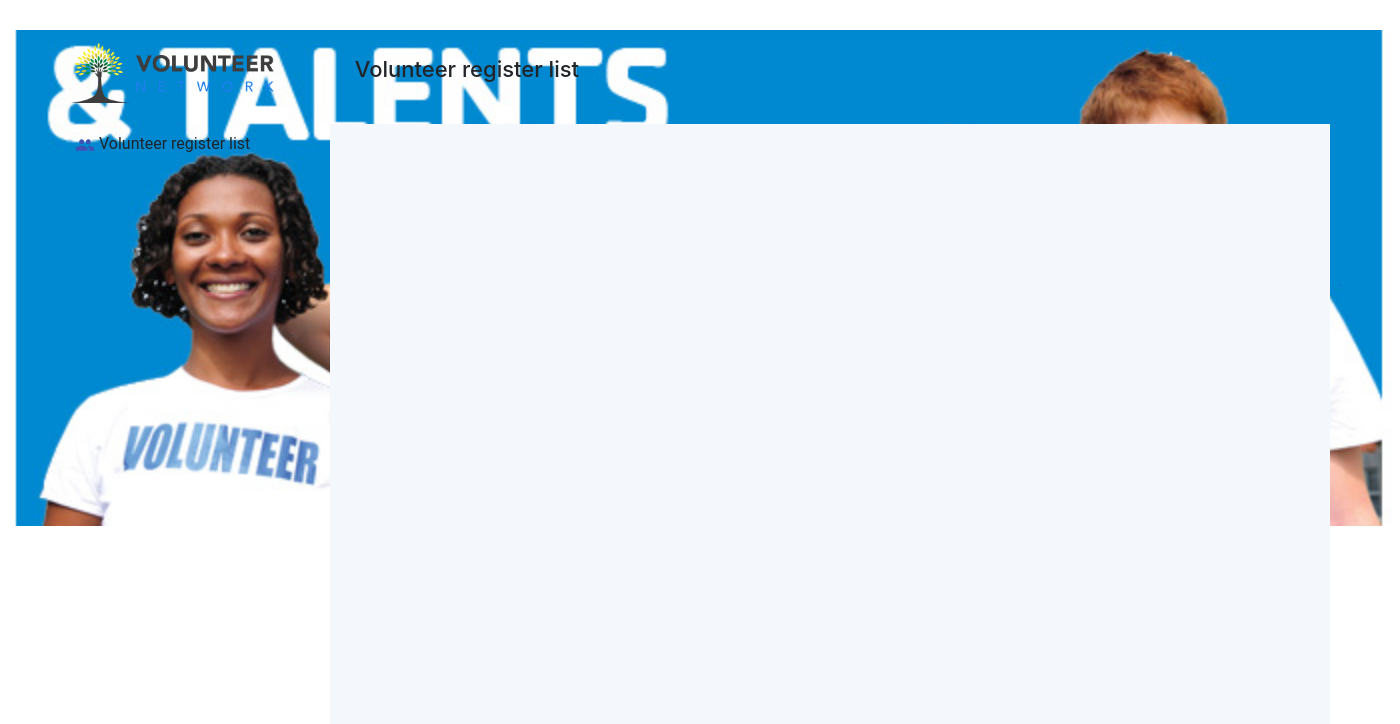
Repository: MdTahsinAmin/volunteer-network-client
Page: /adminPanel
These files come from the project's save history. The page is drawn as it stood at one moment and after the next save; the edit follows.
The browser window is 1280 px wide. The page is 1400 px wide, so the pictures cover 1400 px, including what lies to the right of the window. The pictures show the whole page.
The project was rebuilt for these pictures with package versions that can differ from the ones it lists, and the page was loaded fresh each time.

Above is the page before, as saved 2020-10-04 23:57:27.

### public/index.html
<!DOCTYPE html>
<html lang="en">
  <head>
    <meta charset="utf-8" />
    <link rel="icon" href="%PUBLIC_URL%/favicon.ico" />
    <meta name="viewport" content="width=device-width, initial-scale=1" />
    <meta name="theme-color" content="#000000" />
    <meta
      name="description"
      content="Web site created using create-react-app"
    />
    <link rel="apple-touch-icon" href="%PUBLIC_URL%/logo192.png" />
    <!--
      manifest.json provides metadata used when your web app is installed on a
      user's mobile device or desktop. See https://developers.google.com/web/fundamentals/web-app-manifest/
    -->
    <link rel="manifest" href="%PUBLIC_URL%/manifest.json" />
    <!--
      Notice the use of %PUBLIC_URL% in the tags above.
      It will be replaced with the URL of the `public` folder during the build.
      Only files inside the `public` folder can be referenced from the HTML.

      Unlike "/favicon.ico" or "favicon.ico", "%PUBLIC_URL%/favicon.ico" will
      work correctly both with client-side routing and a non-root public URL.
      Learn how to configure a non-root public URL by running `npm run build`.
    -->
    <title>Volunteer Network</title>
  </head>
  <body>
    <noscript>You need to enable JavaScript to run this app.</noscript>
    <div id="root"></div>
    <!--
      This HTML file is a template.
      If you open it directly in the browser, you will see an empty page.

      You can add webfonts, meta tags, or analytics to this file.
      The build step will place the bundled scripts into the <body> tag.

      To begin the development, run `npm start` or `yarn start`.
      To create a production bundle, use `npm run build` or `yarn build`.
    -->
  </body>
</html>

### src/App.js
import React from 'react';
import './App.css';
import Header from './components/Header/Header';
import {
  BrowserRouter as Router,
  Switch,
  Route,
  Link
} from "react-router-dom";
import AdminPanel from './components/AdminPanel/AdminPanel';
function App() {
  return (
    <div className="App">
     <Router>
      <Switch>
        <Route path ='/home'>
         <Header navbar={true}></Header>
        </Route>
        <Route path="/adminPanel">
           <div>
           <Header navbar={false}></Header>
           <AdminPanel/>
           </div>
        </Route>
        <Route exact path="/">
           <Header navbar={true}></Header>
        </Route>
      </Switch>
     </Router>
    </div>
  );
}

export default App;

### src/App.css
.App {
    background-image:url('./logos/Volunteer_Image.jpg');
    background-repeat: no-repeat;
    background-size: cover;
    background-position: center;
    width: 1400px;
    height: 496px;
    left: 1px;
    top: -1px;
}

.App-logo {
  height: 40vmin;
  pointer-events: none;
}

@media (prefers-reduced-motion: no-preference) {
  .App-logo {
    animation: App-logo-spin infinite 20s linear;
  }
}

.App-header {
  background-color: #282c34;
  min-height: 100vh;
  display: flex;
  flex-direction: column;
  align-items: center;
  justify-content: center;
  font-size: calc(10px + 2vmin);
  color: white;
}

.App-link {
  color: #61dafb;
}

@keyframes App-logo-spin {
  from {
    transform: rotate(0deg);
  }
  to {
    transform: rotate(360deg);
  }
}

### src/components/Header/Header.js
import React from 'react';
import { Link, useHistory } from 'react-router-dom';
import './Header.css'
import volunteerLogo from '../../logos/volunteer.png';
import { styled } from '@material-ui/core/styles';
import Button from '@material-ui/core/Button';

// Material Button

const MyButton = styled(Button)({
    background: 'linear-gradient(45deg, #3F90FC 30%, #3F90FC 90%)',
    border: 0,
    borderRadius: '6px',
    color: 'white',
    height: 48,
    padding: '14px 43px',
    marginRight:'15px',
    marginLeft:'9px',
    cursor:'pointer'
  });

  const AdminBtn = styled(Button)({
    background: 'linear-gradient(45deg, #434141 30%, #434141 90%)',
    border: 0,
    borderRadius: '6px',
    color: 'white',
    height: 48,
    padding: '14px 43px',
    marginRight:'15px',
    cursor:'pointer'
  })

const Header = (props) => {

    const history = useHistory();

    const handleAdminPanel = () =>{
         history.push('/adminPanel');
    }


    return (
      <div className="header">
          <div className={props.navbar ? "container" : 'adminPanel'}>
          <nav className="navbar navbar-expand-lg navbar-light">
            <Link to='/home' className="navbar-brand"><img className={props.navbar ?'volunteerLogo':'Logo'} src={volunteerLogo} alt=""/></Link>
            <button className="navbar-toggler" type="button" data-toggle="collapse" data-target="#navbarSupportedContent" aria-controls="navbarSupportedContent" aria-expanded="false" aria-label="Toggle navigation">
                <span className="navbar-toggler-icon"></span>
            </button>
            {
                !props.navbar && <h5 className="volunteer-title">Volunteer register list</h5>
            }
            {
                props.navbar &&  <div className="collapse navbar-collapse" id="navbarSupportedContent">
                <ul className="navbar-nav ml-auto">
                <li className="nav-item">
                    <Link className="nav-link item-nav">Home</Link>
                </li>
                <li className="nav-item">
                    <Link className="nav-link item-nav">Donation</Link>
                </li>
                <li className="nav-item">
                    <Link className="nav-link item-nav">Events</Link>
                </li>
                <li className="nav-item">
                    <Link className="nav-link item-nav">Blog</Link>
                </li>
                <li className="nav-item">
                    <MyButton>Register</MyButton>
                </li>
                <li className="nav-item">
                   <AdminBtn
                     onClick={handleAdminPanel}
                   >Admin
                   </AdminBtn>
                </li>
                </ul>
            </div>
            }
            </nav>
      </div>
   </div>
    );
};

export default Header;

### src/components/AdminPanel/AdminPanel.js
import React from 'react';
import './AdminPanel.css';
import GroupIcon from '@material-ui/icons/Group';

const AdminPanel = () => {
    return (
        <div className="adminPanel-section">
            <div className="section-panel">
              <div className ='group-panel'>
              <GroupIcon fontSize="small" color="primary"></GroupIcon><span> Volunteer register list</span>
              </div>
            </div>
            <div className='Volunteer-list'>

            </div>
        </div>
    );
};

export default AdminPanel;

### src/components/Header/Header.css
.volunteerLogo{
    width: 202.81px;
    height: 60px;
    left: 88px;
    top: 44px;
}
.header{
    margin-top: 30px;
}
.nav-link{
    font-family: Montserrat;
    font-style: normal;
    font-weight: 500;
    font-size: 20px;
    text-align: center;
    color: #0B0B0B;
}
.volunteer-title{
    margin-left:65px;
    font-style: normal;
    font-weight: 500;
    font-size: 22px;
}

### src/components/AdminPanel/AdminPanel.css
.adminPanel{
    margin-right:20px;
}
.Logo{
    width: 202.81px;
    height: 60px;
    left: 88px;
    top: 44px;
    margin-left:55px;
}
.adminPanel-section{
    display:flex;
}
.section-panel{
    margin-top:15px;
    margin-left:75px;
}
.group-panel{
    display:inline-block;
}
.group-panel span{
    margin-top:1px;
    font-family: Roboto;
    font-style: normal;
    font-weight: normal;
}
.group-panel img{
    width: 17px;
    height: 17px;
}
.Volunteer-list{
    width:75%;
    margin-top:8px;
    margin-left:80px;
    width: 1000px;
    height: 600px;
    background: #F4F7FC;
}

Loaded but not shown: src/index.js (common file); src/index.css (common file); src/serviceWorker.js (common file)

After the next save:
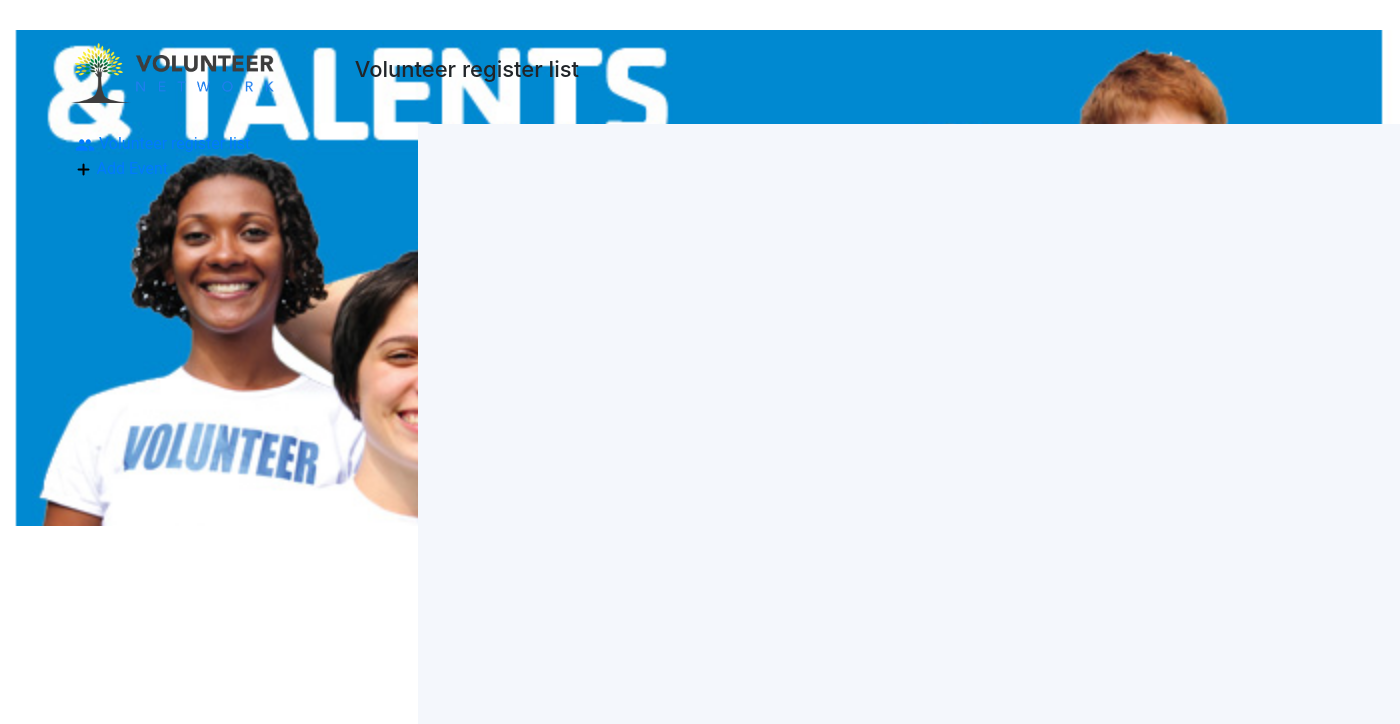
Saved 3 s later.
--- a/src/components/AdminPanel/AdminPanel.js
+++ b/src/components/AdminPanel/AdminPanel.js
@@ -1,13 +1,17 @@
 import React from 'react';
 import './AdminPanel.css';
 import GroupIcon from '@material-ui/icons/Group';
-
+import addUserIcon  from '../../logos/plus 1.png'
+import { Link } from 'react-router-dom';
 const AdminPanel = () => {
     return (
         <div className="adminPanel-section">
             <div className="section-panel">
               <div className ='group-panel'>
-              <GroupIcon fontSize="small" color="primary"></GroupIcon><span> Volunteer register list</span>
+              <Link><GroupIcon fontSize="small"></GroupIcon><span> Volunteer register list</span></Link>
+              </div>
+              <div className="group-panel">
+                  <Link><img src={addUserIcon} alt=""/> <span>Add Event</span></Link>
               </div>
             </div>
             <div className='Volunteer-list'>
